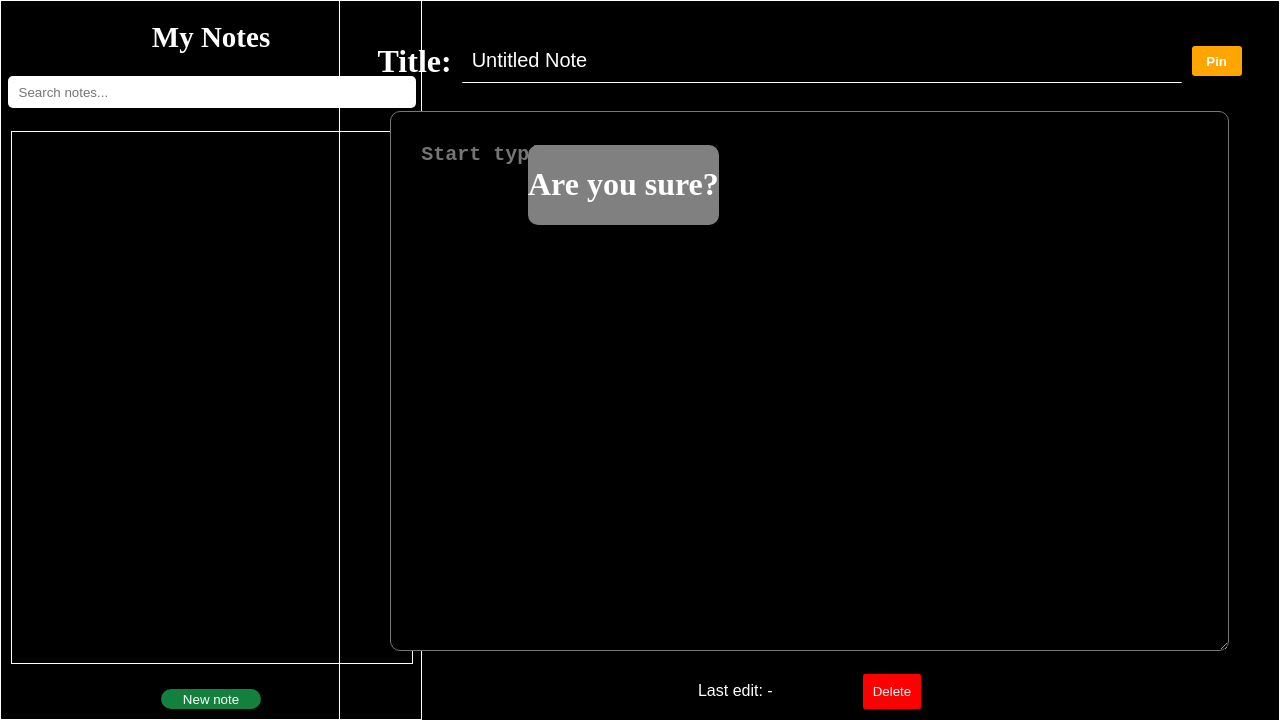
Repository: dmpelaez/myNotes
Page: QuickNotes.html
These files come from the project's save history. The page is drawn as it stood at one moment and after the next save; the edit follows.
The browser window is 1280 px wide. The pictures show the whole page.

Above is the page before, as saved 2025-12-18 21:52:33.

### QuickNotes.html
<!DOCTYPE html>

  <html>

    <head>

      <title>Quick Notes</title>

      <!--CSS LINK-->
      <link rel="stylesheet" href="QuickNotes.css">
    </head>
    <body>

      <!--Note section-->
      <aside class="aside-section">

        <!--My notes part-->
        <div class="myNotes">
          <p class="my-notes-text">My Notes</p>
        </div>
        <!--Search notes-->
        <div class="input-box">
          <input class="input" placeholder="Search notes...">
        </div>
        <!--Notes-->
        <div class="note-list"></div>
        <!--add button-->
        <button class="add-button">New note</button>

      </aside>

      <!---Typing section-->
      <main class="main-section">

        <!--Header-->
        <div class="header-section">
          <h1>Title:</h1>
          <input class="title-notes" placeholder="Untitled Note">
          <button class="pin-btn">Pin</button>
        </div>

        <!--text area-->
        <div class="texting-area">
          <textarea class="textarea" placeholder="Start typing..."></textarea>
        </div>

        <!---Delete button-->
        <div class="delete">
          <span class="edit">Last edit: -</span>
          <button class="delete-btn">Delete</button>
        </div>

        <div class="delete-confirm">

          <div class="modal-delete">
            <h1>Are you sure?</h1>

          </div>

        </div>

      </main>


    </body>

  </html>

### QuickNotes.css
body {
  margin: 0;
  padding: 0;
  background: black;
  box-sizing: border-box;
}
* {
  color: rgb(255, 255, 255);
}
.aside-section {
  border: 1px solid white;
  display: grid;
  width: 400px;
  position: fixed;
  bottom: 0;
  top: 0;
  grid-template-rows: 40px 30px 1fr 20px;
  padding: 10px;
  gap: 25px;

}

.my-notes-text {
  display: flex;
  margin: 0px;
  justify-self: center;
  align-self: center;
  margin-top: 10px;
}
.note-list {
  border: 1px solid white;
  width: 100%;
}

.my-notes-text {
  font-weight: bold;
  font-size: 29px;
}

.input {
  color: black;
  display: flex;
  align-self: center;
  justify-self: center;
  Width: 99%;
  height: 100%;
  border-radius: 5px;
  border: none;
  outline: none;
  padding-left: 10px;
  margin-left: 1px;
}
.input::placeholder {
  padding-left: 1px;

}

.add-button {
  width: 100px;
  display: flex;
  justify-self: center;
  background: rgb(19, 128, 61);
  border: none;
  border-radius: 10px;
  color: white;
  font-family: arial;
  align-items: center;
  justify-content: center;
  cursor: pointer;
}

.note-list {
  display: grid;
}

.main-section {
  position: fixed;
  left: 26.5%;
  border: 1px solid white;
  right: 0px;
  height: 100%;
  display: grid;
  grid-template-rows: 70px 1fr 30px;
  gap: 40px;

}

.header-section {
  display: flex;
  justify-self: center;
  align-self: center;
  gap: 10px;
  margin-top: 50px;
  align-items: center;
}
.title-notes {
  width: 700px;
  padding: 10px;
  border-radius: 1px;
  background: none;
  border: none;
  border-bottom: 1px solid white;
  outline: none;
 font-size: 20px;
 font-family: arial;
}

.title-notes::placeholder {
  color: white;
  font-family: arial;
  font-size: 20px;

}

.pin-btn {
  background: orange;
  border: none;
  border-radius: 3px;
  font-family: arial;
  font-weight: bold;
  width: 50px;
  height: 30px
}

.texting-area {
  display: flex;
  padding-right: 50px;
  padding-left: 50px;
}
.textarea {
  background: black;
  outline: none;
  display: flex;
  width: 100%;
  padding-left: 30px;
  padding-right: 80px;
  padding-top: 30px;
  line-height: 25px;
  font-size: 20px;
  font-weight: bold;
  border-radius: 10px;
}

.delete {
  display: flex;
  justify-content: center;
  align-items: center;
  gap: 90px;
  margin-bottom: 40px;

}
.delete-btn {
  background: red;
  border: none;
  border-radius: 2px;
  padding: 10px;
  cursor: pointer;
}
.edit {
  font-family: arial;
}

.delete-confirm {
  position: absolute;
  left: 20%;
  top: 20%;
  display: flex;
  background: gray;
  border-radius: 10px;
  flex-direction: column;
}

After the next save:
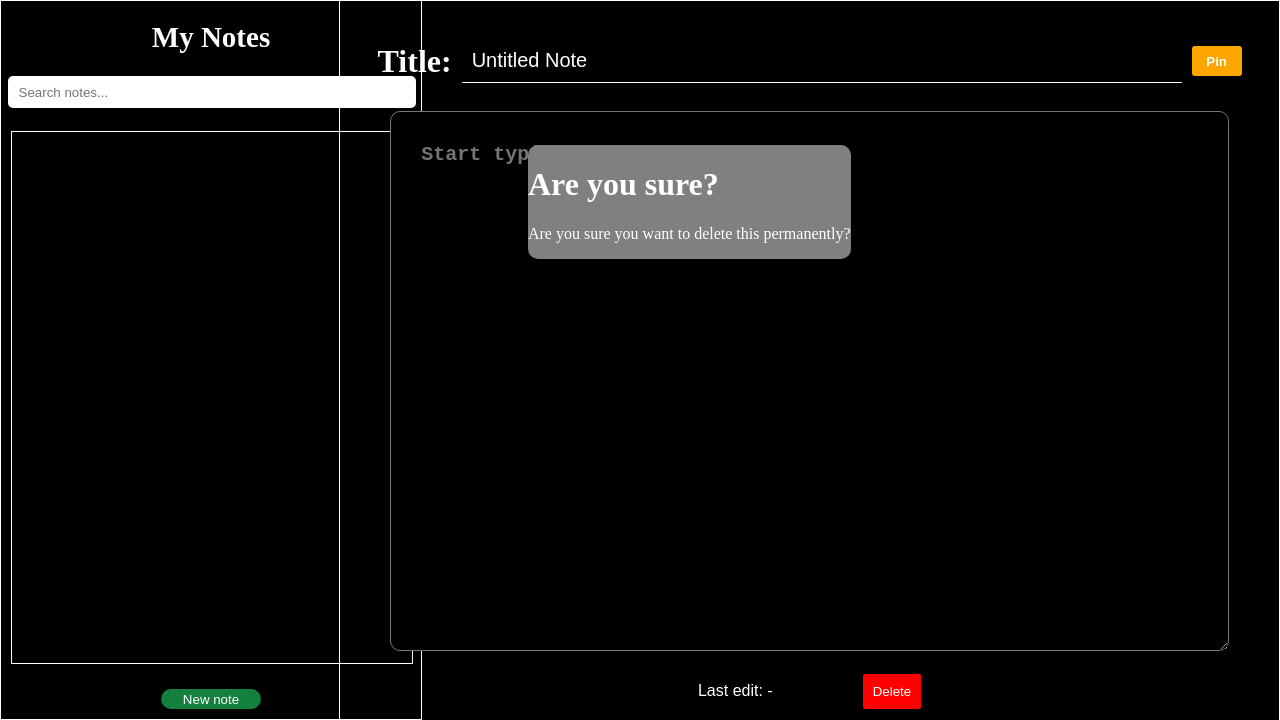
Saved 52 s later.
--- a/QuickNotes.html
+++ b/QuickNotes.html
@@ -54,7 +54,7 @@
 
           <div class="modal-delete">
             <h1>Are you sure?</h1>
-
+            <p class="sure-text">Are you sure you want to delete this permanently?</p>
           </div>
 
         </div>
